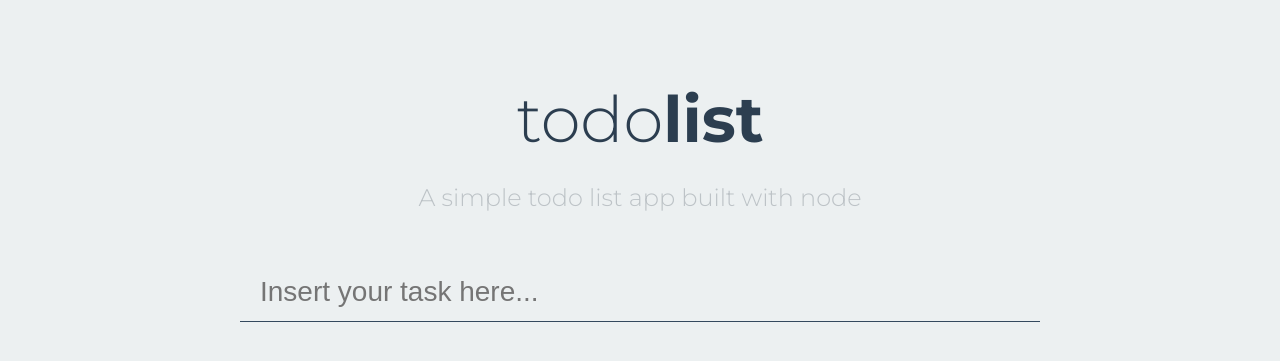
Repository: Baharrsz/ABC__Node-and-Mongo__TodoLis-app
Page: http://localhost/
The author's editor kept a record of every edit. The page is drawn from the files as they stood at one moment, then again after the next edit.
The browser window is 1280 px wide. The pictures show the whole page.
The page is served by the project's Node server (todos_api/index.js). Queries for data that is not in the repository find no rows.

Above is the page before.

After the next edit:
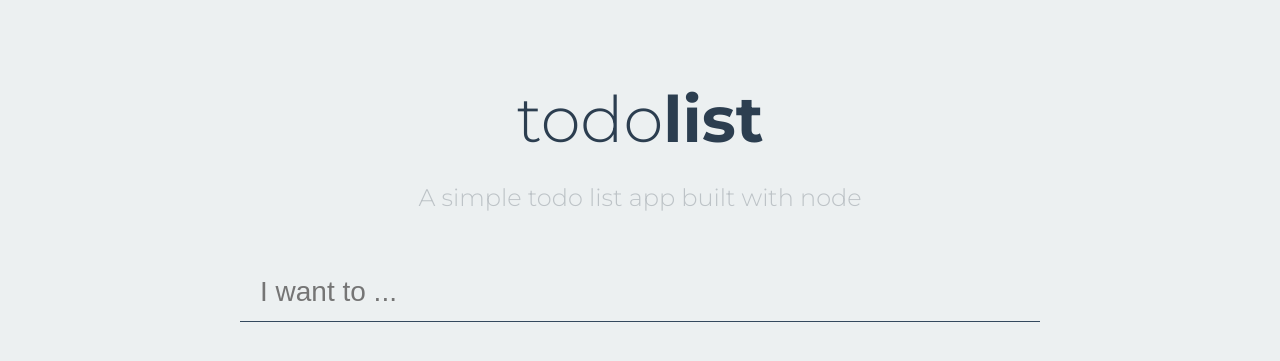
The edit:
--- a/todos_api/views/index.html
+++ b/todos_api/views/index.html
@@ -9,7 +9,7 @@
     </header>
 
   <section class="form">
-    <input type="text" id="todoInput" placeholder="Insert your task here...">
+      <input type="text" id="todoInput" placeholder="I want to ...">
   </section>
 
   <ul class="list">
